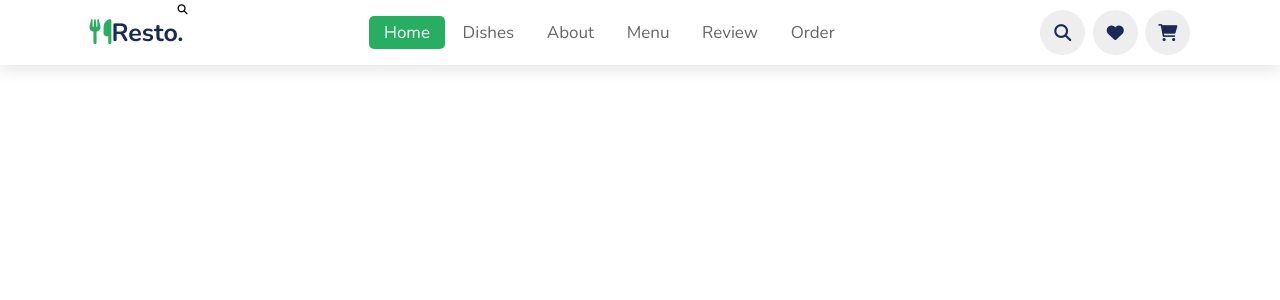
Repository: CarsonDev1/FoodWeb
Page: index.html
An editor plug-in stored every save of this project. The page is shown before and after the next save, followed by the edit.
The browser window is 1280 px wide. The pictures show the whole page.
Some web libraries are served in a nearby version.

Above is the page before, as saved 2022-05-18 18:27:14.

### index.html
<!DOCTYPE html>
<html lang="en">
  <head>
    <meta charset="UTF-8" />
    <meta http-equiv="X-UA-Compatible" content="IE=edge" />
    <meta name="viewport" content="width=device-width, initial-scale=1.0" />
    <title>Document</title>
    <!-- CSS link -->
    <link rel="stylesheet" href="./css/style.css" />
    <!-- Google font -->
    <link rel="preconnect" href="https://fonts.googleapis.com" />
    <link rel="preconnect" href="https://fonts.gstatic.com" crossorigin />
    <link
      href="https://fonts.googleapis.com/css2?family=DM+Sans:wght@700&family=Manrope:wght@400;700;800&family=Nunito:wght@200;300;400;600;700&display=swap"
      rel="stylesheet"
    />
    <!-- font awesome cdn link -->
    <link
      rel="stylesheet"
      href="https://cdnjs.cloudflare.com/ajax/libs/font-awesome/6.1.1/css/all.min.css"
    />
  </head>
  <body>
    <!-- Header section start -->
    <header>
      <a href="#" class="logo"><i class="fas fa-utensils"></i>resto.</a>
      <nav class="navbar">
        <a class="active" href="#home">home</a>
        <a href="#dishes">dishes</a>
        <a href="#about">about</a>
        <a href="#menu">menu</a>
        <a href="#review">review</a>
        <a href="#order">order</a>
      </nav>
      <div class="icons">
        <i class="fas fa-bars" id="menu-bars"></i>
        <i class="fas fa-search" id="search-icon"></i>
        <a href="#" class="fas fa-heart"></a>
        <a href="#" class="fas fa-shopping-cart"></a>
      </div>
    </header>
    <!-- Header section end -->
    <!-- Search form -->
    <form action="" id="search-form">
      <input type="search" name="" id="search-box" />
      <label for="search-box" class="fas fa-search"></label>
    </form>
    <!-- JS file link -->
    <script src="./js/app.js"></script>
  </body>
</html>

### css/style.css
:root {
  --green: #27ae60;
  --black: #192a56;
  --light-color: #666;
  --box-shadow: 0 0.5rem 1.5rem rgba(0, 0, 0, 0.1);
}
* {
  font-family: "Nunito", sans-serif;
  margin: 0;
  padding: 0;
  box-sizing: border-box;
  text-decoration: none;
  outline: none;
  border: none;
  text-transform: capitalize;
  transition: all 0.2s linear;
}
html {
  font-size: 62.5%;
  overflow-x: hidden;
  scroll-padding-top: 5.5rem;
  scroll-behavior: smooth;
}
header {
  position: fixed;
  top: 0;
  left: 0;
  right: 0;
  background: #fff;
  padding: 1rem 7%;
  display: flex;
  align-items: center;
  justify-content: space-between;
  z-index: 1000;
  box-shadow: var(--box-shadow);
}
header .logo {
  color: var(--black);
  font-size: 2.5rem;
  font-weight: bolder;
}
header .logo i {
  color: var(--green);
}
header .navbar a {
  font-size: 1.7rem;
  border-radius: 0.5rem;
  padding: 0.5rem 1.5rem;
  color: var(--light-color);
}
header .navbar a.active,
header .navbar a:hover {
  background: var(--green);
  color: #fff;
}
header .icons i,
header .icons a {
  cursor: pointer;
  margin-left: 0.5rem;
  height: 4.5rem;
  line-height: 4.5rem;
  width: 4.5rem;
  text-align: center;
  font-size: 1.7rem;
  color: var(--black);
  border-radius: 50%;
  background: #eee;
}
header .icons i:hover,
header .icons a:hover {
  color: #fff;
  background: var(--green);
  transform: rotate(360deg);
}
header .icons #menu-bars {
  display: none;
}
#search-form {
  position: fixed;
  top: 0;
  left: 0;
  height: 100%;
  width: 100%;
  z-index: 1004;
}
/* media queries */
@media (max-width: 991px) {
  html {
    font-size: 55%;
  }
  header {
    padding: 1rem 2rem;
  }
}
@media (max-width: 768px) {
  header .icons #menu-bars {
    display: inline-block;
  }
  header .navbar {
    position: absolute;
    top: 100%;
    left: 0;
    right: 0;
    background: #fff;
    border-top: 0.1rem solid rgba(0, 0, 0, 0.2);
    padding: 1rem;
    clip-path: polygon(0 0, 100% 0, 100% 0, 0 0);
  }
  header .navbar.active {
    clip-path: polygon(0 0, 100% 0, 100% 100%, 0 100%);
  }
  header .navbar a {
    display: block;
    font-size: 2.5rem;
    padding: 1.5rem;
    margin: 1rem;
    background: #eee;
  }
}
@media (max-width: 991px) {
  html {
    font-size: 50%;
  }
}

### js/app.js
let menu = document.querySelector("#menu-bars");
let navbar = document.querySelector(".navbar");

menu.onclick = () => {
  menu.classList.toggle("fa-times");
  navbar.classList.toggle("active");
};

After the next save:
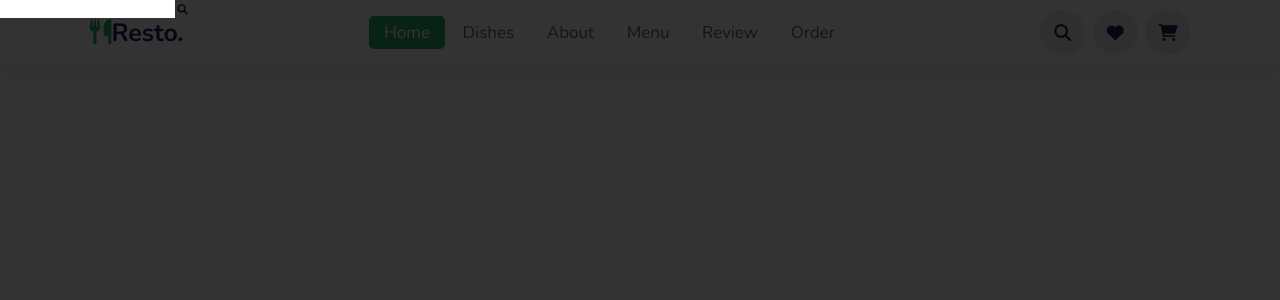
Saved 17 s later.
--- a/css/style.css
+++ b/css/style.css
@@ -82,6 +82,7 @@ header .icons #menu-bars {
   height: 100%;
   width: 100%;
   z-index: 1004;
+  background: rgba(0, 0, 0, 0.8);
 }
 /* media queries */
 @media (max-width: 991px) {
